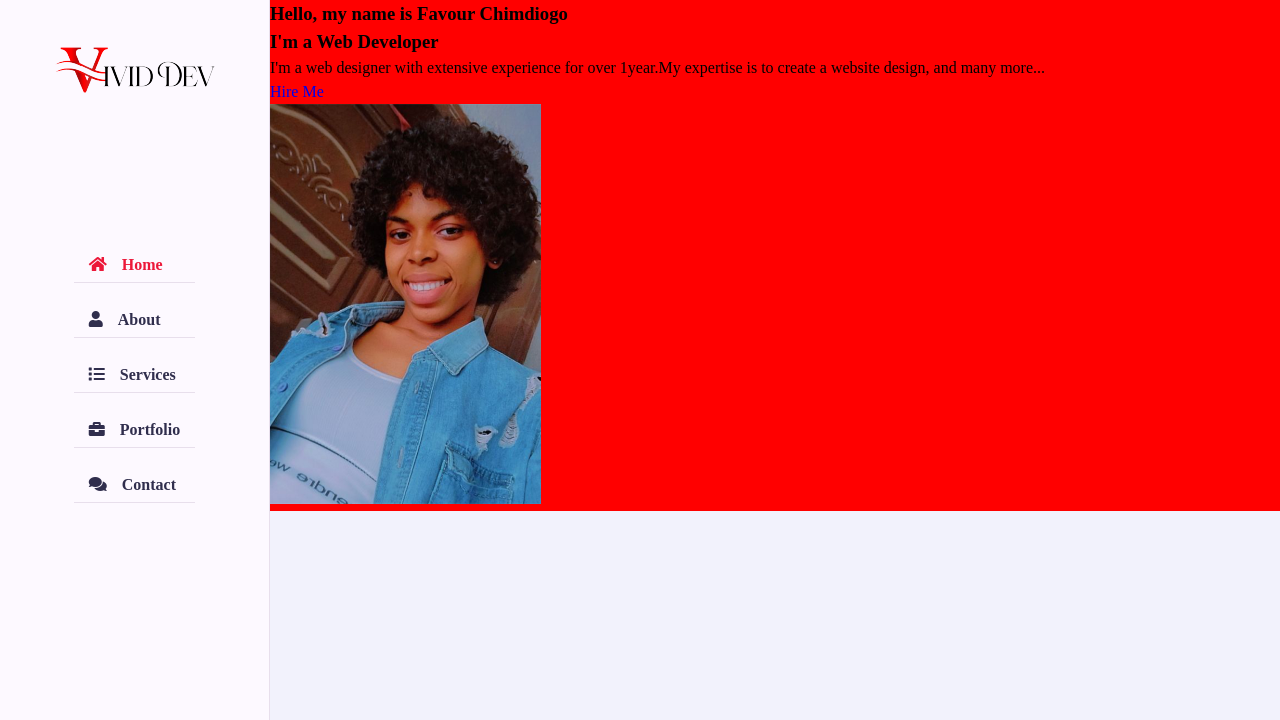
Repository: Big-Fave1/vivid-dev-portfolio
Page: build/index.html
The author's editor kept a copy of each file at every save. The page is drawn from the files as they stood at one save, then again after the next save.
The browser window is 1280 px wide. The pictures show the whole page.

Above is the page before, as saved 2025-05-30 11:43:51.

### build/index.html
<!DOCTYPE html>
<html lang="en">
<head>
    <meta charset="UTF-8">
    <meta name="viewport" content="width=device-width, initial-scale=1.0">
    <title>Vivid Dev Portfolio</title>
    <link rel="stylesheet" href="css/style.css">
    <link rel="stylesheet" href="css/color-1.css">
    <link rel="stylesheet" href="https://cdnjs.cloudflare.com/ajax/libs/font-awesome/5.15.4/css/all.min.css">
</head>
<body>
    <!--- ==== main container Start==== -->
    <div class="main-container"></div>
    <!--- ==== Aside Start === -->
    <div class="aside">
        <div class="logo">
        <a href="#"><img src="img/vivid 3.png" alt=""></a>
        </div>
        <div class="nav-toggler">
            <i class="fa fa-bars" aria-hidden="true"></i>
        </div>
        <ul class="nav">
            <li><a href="#" class="active"><i class="fa fa-home"></i>Home</a></li>
            <li><a href="#"><i class="fa fa-user"></i>About</a></li>
            <li><a href="#"><i class="fa fa-list"></i>Services</a></li>
            <li><a href="#"><i class="fa fa-briefcase"></i>Portfolio</a></li>
            <li><a href="#"><i class="fa fa-comments"></i>Contact</a></li>
        </ul>
    </div>
    <!--- ==== Aside End === -->
    <!--- ==== Main content Start === -->
    <div class="main-content">
        <!--- === Home Section Start === -->
        <section class="home section">
            <div class="container">
                <div class="row">
                    <div class="home-info">
                        <h3 class="hello">Hello, my name is <span class="name">Favour Chimdiogo</span></h3>
                        <h3 class="my-profession">I'm a <Span class="typing">Web Developer</Span></h3>
                        <p>I'm a web designer with extensive experience for over 1year.My expertise is to create a website design, and many more...</p>
                    <a href="#contact" class="btn hire-me">Hire Me</a>
                    </div>
                    <div class="home-img">
                        <img src="img/home image.jpg" alt="">
                    </div>
                </div>
            </div>
        </section>
        <!--- === Home Section End === -->
    </div>
    <!--- ==== Main content End === -->
    <!--- ====main container End === -->
</body>
</html>

### build/css/style.css

@import url('https://fonts.googleapis.com/css2?family=Poppins:ital,wght@0,100;0,200;0,300;0,400;0,500;0,600;0,700;0,800;0,900;1,100;1,200;1,300;1,400;1,500;1,600;1,700;1,800;1,900&display=swap');


:root
{
    --bg-black-900:#f2f2fc;
    --bg-black-100:#fdf9ff;
    --bg-black-50:#e8dfec;
    --text-black-900:#302e4d;
    --text-black-700:#504e70;

}

body
{
    line-height:1.5;
    font-size:16px;
    font-family: 'Poppins' sans-serif;
}

*
{
    margin: 0;
    padding: 0;
    outline:none;
    text-decoration:none;
    text-decoration:none;
    box-sizing: border-box;
}
::before, ::after
{
    box-sizing:border-box;
}
ul
{
    list-style: none;
}
.section
{
    background:var(--bg-black-900);
    min-height: 100vh;
    display: block;
    position: fixed;
    left: 270px;
    top: 0;
    right: 0;
    z-index: 0;
    opacity: 1;
}
.container{
    max-width: 1100px;
    width: 100%;
    background: red;
    margin: auto;
}
/* aside */
.aside
{
width: 270px;
background:var(--bg-black-100);
position: fixed;
left: 0;
top: 0;
padding: 30px;
height: 100%;
border-right:1px solid var(--bg-black-50);
z-index: 10;
display: flex;
justify-content: center;
align-items: center;
}
.aside .logo
{
    position: absolute;
    top: -30px;
    ;
}
.aside .logo a
{
    color: var(--bg-black-900);
    font-weight: 700;
    padding: 15px 20px;
    font-size: 30px;
    position: relative;
}
/*.aside .logo a span
.aside .logo a:before
{
    content:'';
    position: absolute;
    width: 20px;
    height: 20px;
    border-bottom: 5px solid var(--skin-color);
    border-left: 5px solid var(--skin-color);
    bottom: 0;
    left: 0;

}
.aside .logo a:after
{
    content:'';
    position: absolute;
    width: 20px;
    height: 20px;
    border-top: 5px solid var(--skin-color);
    border-right: 5px solid var(--skin-color);
    top: 0;
    right: 0;

}
    */
.aside .nav-toggler
{
    height: 40px;
    width: 45px;
    border: 1px solid var(--bg-black-50);
    cursor: pointer;
    position: fixed;
    left: 300px;
    top: 20px;
    color: var(--skin-color);
    border-radius: 5px;
    background:var(--bg-black-100);
    display: none;
    align-items:center;
    justify-content: center;
}
.aside .nav
{
    margin-top: 50px;
}
.aside .nav li
{
    margin-bottom: 20px;
    display: block;
}
.aside .nav li a
{
    font-size: 16px;
    font-weight: 600;
    display: block;
    border-bottom:1px solid var(--bg-black-50);
    color:var(--text-black-900);
    padding: 5px 15px;
}
.aside .nav li a.active
{
    color:var(--skin-color);
}
.aside .nav li a i
{
    margin-right: 15px;

}
/* home*/
.home .home-img img
{
    height: 400px;

}

### build/css/color-1.css

:root
{
    --skin-color:#ec1839;
}

After the next save:
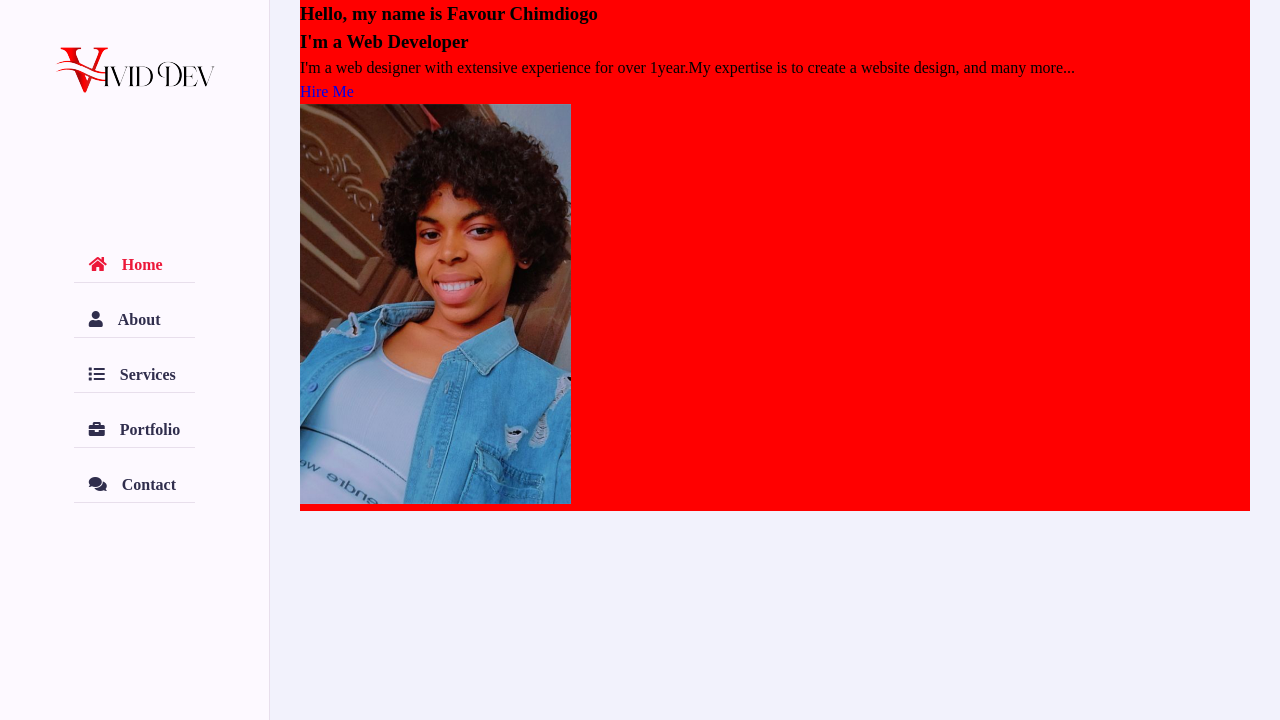
Saved 2 min 30 s later.
--- a/build/css/style.css
+++ b/build/css/style.css
@@ -42,11 +42,17 @@ ul
     min-height: 100vh;
     display: block;
     position: fixed;
+    padding: 0 30px;
     left: 270px;
     top: 0;
     right: 0;
     z-index: 0;
     opacity: 1;
+}
+.padd-15
+{
+    padding-left: 15px;
+    padding-right: 15px;
 }
 .container{
     max-width: 1100px;
